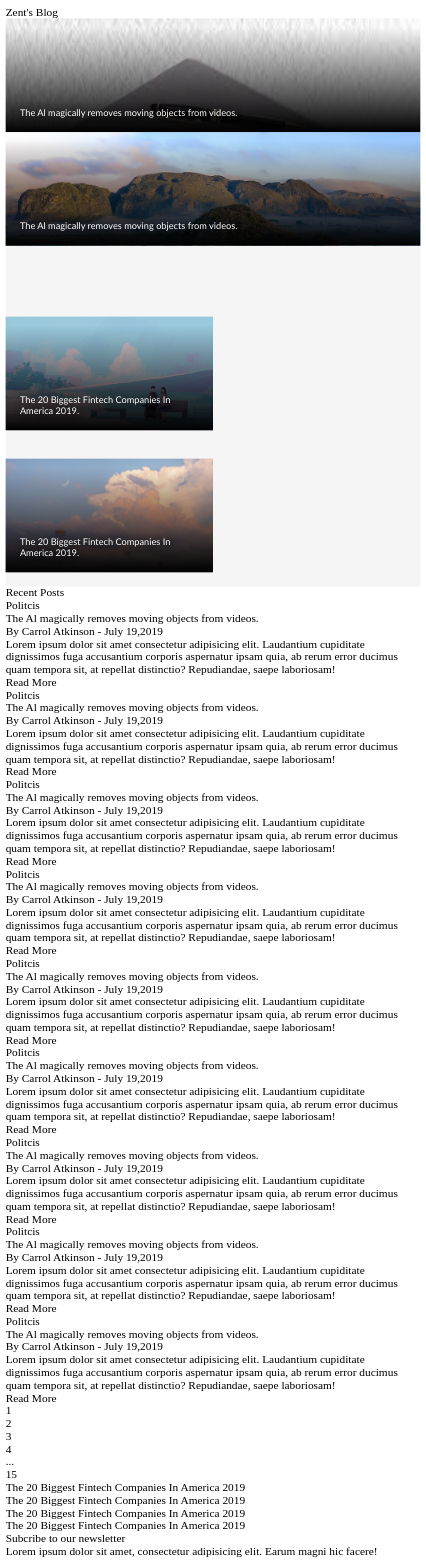
Repository: giacatdat2k5/html3
Page: html3.vs/7.1.html
An editor plug-in stored every save of this project. The page is shown before and after the next save, followed by the edit.
The browser window is 600 px wide. The pictures show the whole page, at 71% of full size.

Above is the page before, as saved 2023-09-27 21:07:56.

After the next save:
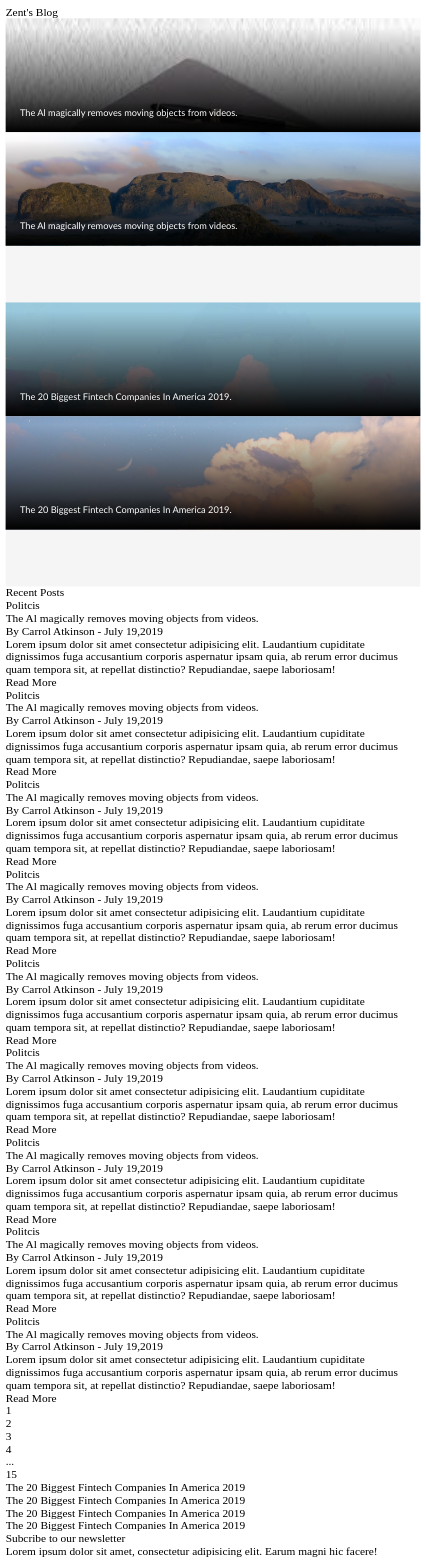
Saved 14 s later.
--- a/html3.vs/7.1.css
+++ b/html3.vs/7.1.css
@@ -460,8 +460,8 @@
         align-items: end;
     }
     .iamgeright{
-        width: 50%;
-        height: 100%;
+        width: 100%;
+        height: 50%;
         display: flex;
         flex-wrap: wrap;
         align-items: center;
